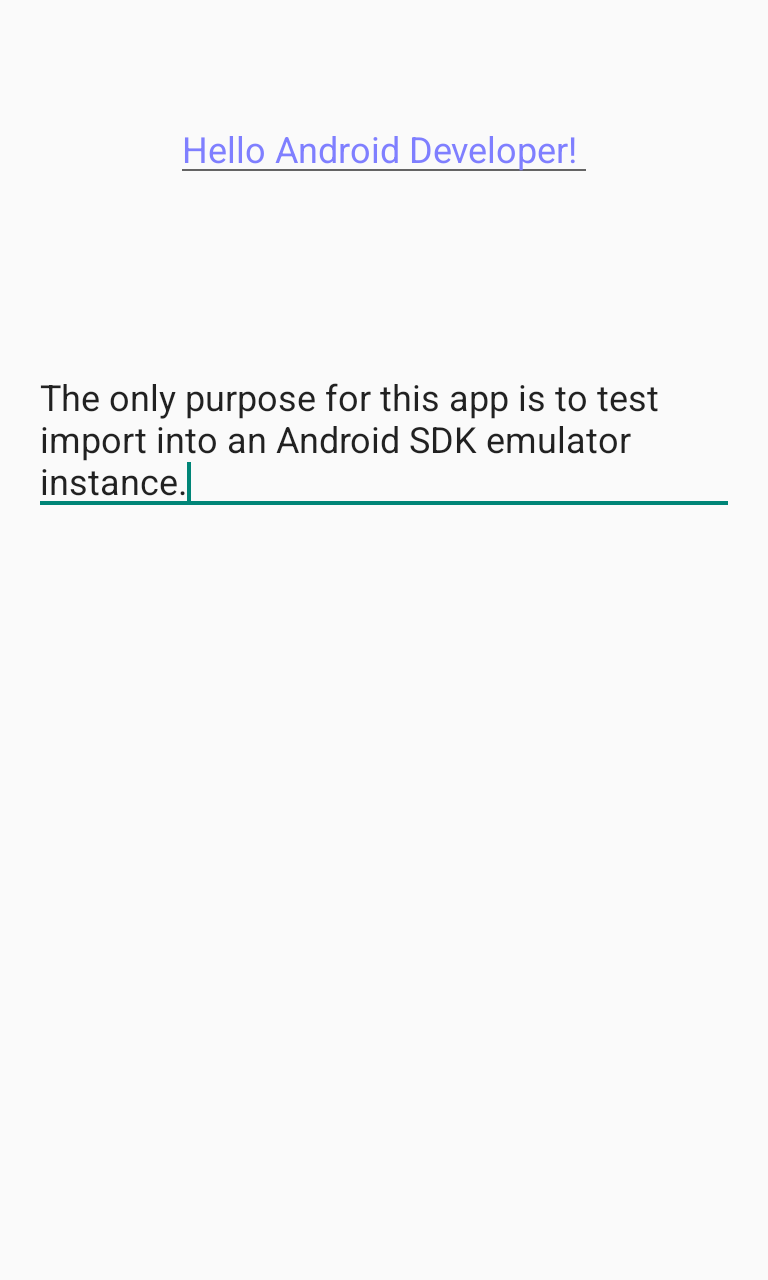
Repository: hdemby/workspace
Layout: TestApp/res/layout/activity_main.xml
The author's editor kept a copy of each file at every save. The layout is drawn from the files as they stood at one save, then again after the next save.
It is drawn on a 768 x 1280 px phone screen (xhdpi) without system bars, with theme AppTheme; the app's code is not run.

Above is the layout before, as saved 2014-11-14 13:35:19.

After the next save:
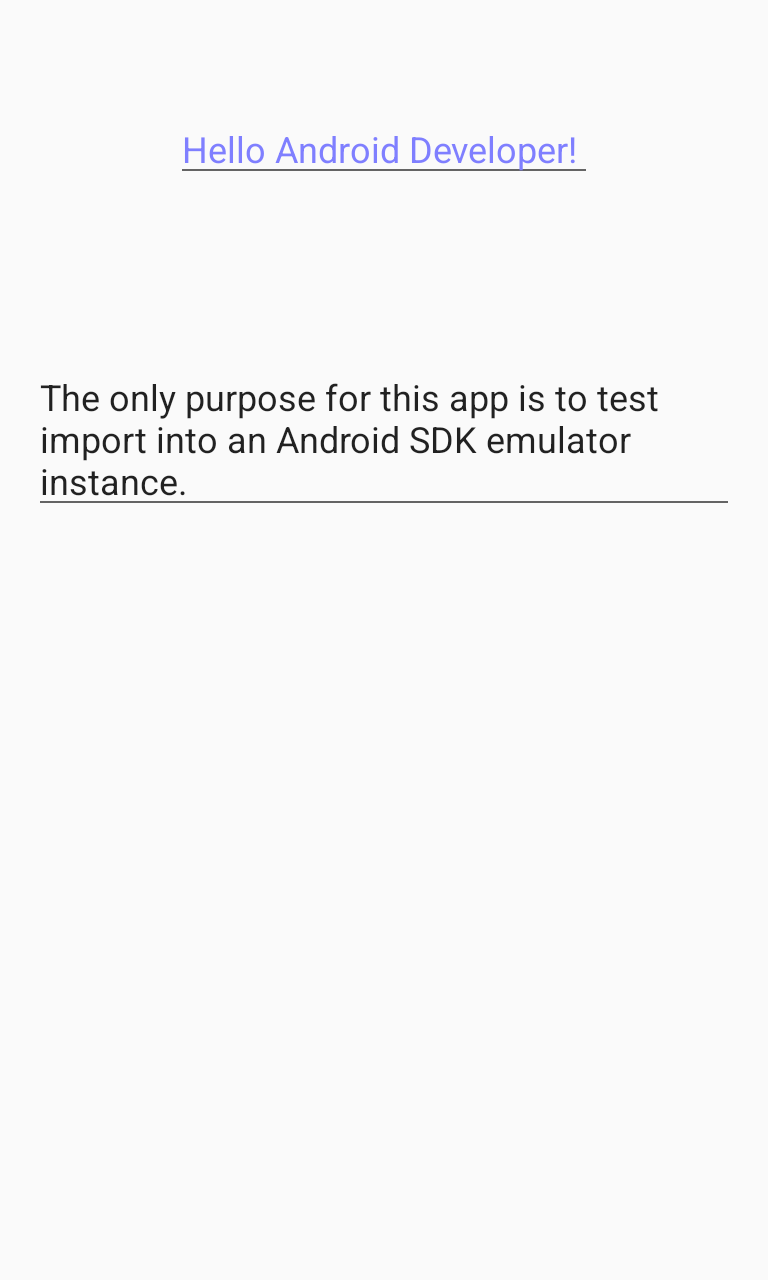
Saved 94 min 57 s later.
--- a/TestApp/res/layout/activity_main.xml
+++ b/TestApp/res/layout/activity_main.xml
@@ -15,6 +15,8 @@
         android:layout_centerHorizontal="true"
         android:layout_marginTop="160dp"
         android:ems="10"
+        android:focusable="false"
+        android:focusableInTouchMode="false"
         android:inputType="textMultiLine"
         android:scrollbars="vertical"
         android:text="@string/content_main" >
